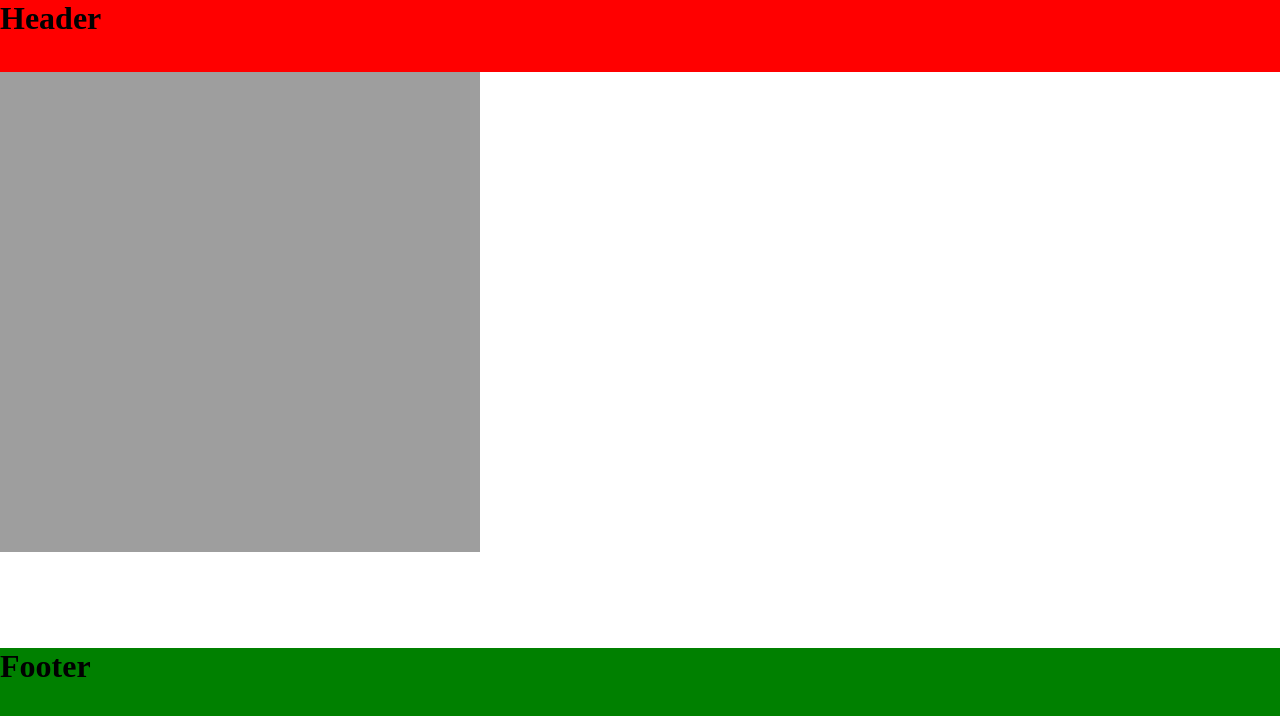
Repository: jameswilky/chess
Page: index.html
These files come from the project's save history. The page is drawn as it stood at one moment and after the next save; the edit follows.
The browser window is 1280 px wide. The pictures show the whole page.

Above is the page before, as saved 2018-11-22 08:34:46.

### index.html
<!DOCTYPE html>
<html>

<head>
    <meta charset="utf-8" />
    <title>Chess</title>
    <link href="style.css" rel="stylesheet">
</head>

<body>

    <div class="wrapper">
        <header>
            <h1>Header</h1>

        </header>
    </div>
    <div class="main">
        <div class="game">
            <canvas id="board"></canvas>
            <canvas id="markers"></canvas>
            <canvas id="chessmen_layer"></canvas>
        </div>
    </div>
    <footer>
        <h1>Footer</h1>
    </footer>
    </div>





</body>

<script src="board.js"></script>
<script src="chessmen.js"></script>
<script src="mouse.js"></script>
<script src="game.js"></script>

</html>

### style.css
* {
  padding: 0;
  margin: 0;
}

.main{
 position: absolute;
 top: 10%;
 bottom: 10%;
 background-color: blue;
}

.game{
  position: absolute;
  height: 480px;
  width: 480px;
  left:25%;
}

#board {
  left : 0; z-index:0; position: absolute;
}

#markers {
  left : 0; z-index:0; position: absolute;
}

#chessmen_layer {
 left : 0; z-index:1; position: absolute;
}

header{
  position: absolute;
  background-color: red;
  top:0;
  right: 0;
  left: 0;
  height: 10%;
}

footer{
  position: absolute;
  z-index: 3;
  right: 0;
  left: 0;
  background-color: green;
  height: 10%;
  bottom: 0;
}

### board.js
//Define globals
const WIDTH = 480;
const HEIGHT = 480;
const N = 8;
const TILE_SIZE = HEIGHT / N; // 60

//Define board canvas
const board = document.getElementById("board");
const board_ctx = board.getContext("2d");
board.height = HEIGHT;
board.width = WIDTH;
let primary_color = "#a87e2b";
let secondary_color = "#ffdf9e";

//Define marker layer
const markers = document.getElementById("markers");
const markers_ctx = markers.getContext("2d");
markers.height = HEIGHT;
markers.width = WIDTH;

//Define chessmen layer
const chessmen_layer = document.getElementById("chessmen_layer");
const chessmen_ctx = chessmen_layer.getContext("2d");
chessmen_layer.height = HEIGHT;
chessmen_layer.width = WIDTH;

//Used for drawing
function drawRect(ctx, x, y, color) {
  ctx.beginPath();
  ctx.rect(x, y, TILE_SIZE, TILE_SIZE);
  ctx.fillStyle = color;
  ctx.fill();
  ctx.closePath();
}

function initialize_board() {
  // Initialize graphical and logical board
  let i, j, x, y = 0;
  let prev_color;
  for (i = 0; i < N; i++) {
    y = TILE_SIZE * i;
    if (i % 2 == 0) { //If even, start with a black grid
      prev_color = secondary_color;
    }
    else { //If odd, start with a #ffcf7c grid
      prev_color = primary_color;
    }
    for (j = 0; j < N; j++) {
      x = TILE_SIZE * j;

      if (prev_color == primary_color) { //If last block black, make this block #ffcf7c
        prev_color = secondary_color;
      }
      else if (prev_color == secondary_color) { //If last block #ffcf7c, make this block black
        prev_color = primary_color;
      }
      drawRect(board_ctx, x, y, prev_color);

    }
  }
}

### chessmen.js
let chessmen = []; // Hold living chest piece objects

// Populate list of current chess pieces
function init_chessmen(items) {
  for (let id = 0; id < items.length; id++) {
    chessmen[id] = new Chessman(id, items[id].type, items[id].row, items[id].col, items[id].faction);
    chessmen[id].render(chessmen_ctx);
  }
}

//Chest piece constructor
function Chessman(id, type, row, col, faction) {
  this.name = type + "_" + faction + "_" + id;
  this.id = id;
  this.type = type;
  this.position = {
    logical: { col: col, row: row },
    graphical: { //calculate position of chest piece
      x: (col * TILE_SIZE), y: (row * TILE_SIZE)
    }
  }
  this.faction = faction;
  this.sprite = "/images/" + type + "_" + faction + ".png";
  this.options = []; // holds objects containing possible locations to move
  this.render = function () {
    //Draws the chest piece
    let img = new Image();
    let x = this.position.graphical.x;
    let y = this.position.graphical.y;
    console.log(x, y)

    img.onload = function () {
      //Loads when img.src is called
      chessmen_ctx.beginPath();
      chessmen_ctx.drawImage(img, x, y);
      chessmen_ctx.closePath();
    }
    img.src = this.sprite;
  }
  this.derender = function () {
    chessmen_ctx.beginPath();
    chessmen_ctx.clearRect(this.position.graphical.x, this.position.graphical.y, TILE_SIZE, TILE_SIZE);
    chessmen_ctx.closePath();
  }
  this.calculate_movement_options = function () {
    //This function is used to determine the coordinates of each possible move for a selected tile
    this.options = []; //clear last options
    let j = 0;
    let i = 0; //used to iterate through list of options
    //console.log(type, faction, row, col)
    let r = this.position.logical.row;
    let c = this.position.logical.col;

    let options = this.options;

    function check_tile(row, col, diag, isPawn) {
      //diag is an optional variable for pawn sideways movement logic
      diag = diag || false;
      isPawn = isPawn || false;

      //Checks the status of the board to see if the chessman can move to selected tile

      let option = {}; //edited, used to hold {faction:faction}
      //Check tile does not exceed bounds of the board
      if (row > 7 || row < 0 || col > 7 || col < 0) {
        return false;
      }

      //Check if target tile contains a chessman of same faction
      let isFriendly = false;
      let isEnemy = false;

      chessmen.forEach(chessman => {
        if (chessman.position.logical.row == row && chessman.position.logical.col == col) { //Check if position is occupied
          if (chessman.faction == faction) {
            isFriendly = true;
          }
          else { //tile is occupied by enemy
            isEnemy = true;
          }
          option.contains = chessman;
        }
      })

      //pawn logic
      if (diag && isEnemy) {
        option.row = row;
        option.col = col;
        options[i] = option;
        i++;
      }
      if (diag && !isEnemy) {
        return
      }

      //if tile does not contain friendly chessmen, or if its an enemy create new option
      if (!isFriendly || isEnemy) {
        option.row = row;
        option.col = col;
        options[i] = option;
        i++;
      }
      return isFriendly || isEnemy;

    }

    if (this.type == "pawn") {
      if (this.faction == "black") {
        check_tile(r + 1, c);//south
        check_tile(r + 1, c + 1, true) // south East
        check_tile(r + 1, c - 1, true) //south West
        if (this.nMoves == 0) {
          check_tile(r + 2, c); //Extra move on first turn
        }
      }
      if (this.faction == "white") {
        check_tile(r - 1, c); //north
        check_tile(r - 1, c + 1, true) // North East
        check_tile(r - 1, c - 1, true) //North West
        if (this.nMoves == 0) {
          check_tile(r - 2, c); //Extra move on first turn
        }
      }
    }
    if (this.type == "rook") {
      for (j = 0; j < N; j++) {// South
        if (check_tile(r + j + 1, c) == true) break
      }
      for (j = 0; j < N; j++) {// East
        if (check_tile(r, c + j + 1) == true) break
      }
      for (j = 0; j < N; j++) {// North
        if (check_tile(r - j - 1, c) == true) break
      }
      for (j = 0; j < N; j++) {// West
        if (check_tile(r, c - j - 1) == true) break
      }
    }
    if (this.type == "bishop") {
      for (j = 0; j < N; j++) { // South East
        if (check_tile(r + 1 + j, c + 1 + j) == true) break
      }
      for (j = 0; j < N; j++) { // South West
        if (check_tile(r + 1 + j, c - 1 - j) == true) break
      }
      for (j = 0; j < N; j++) { // North East
        if (check_tile(r - 1 - j, c + 1 + j) == true) break
      }
      for (j = 0; j < N; j++) { // North west
        if (check_tile(r - 1 - j, c - 1 - j) == true) break
      }
    }
    if (this.type == "queen") {
      for (j = 0; j < N; j++) { // South East
        if (check_tile(r + 1 + j, c + 1 + j) == true) break
      }
      for (j = 0; j < N; j++) { // South West
        if (check_tile(r + 1 + j, c - 1 - j) == true) break
      }
      for (j = 0; j < N; j++) { // North East
        if (check_tile(r - 1 - j, c + 1 + j) == true) break
      }
      for (j = 0; j < N; j++) { // North west
        if (check_tile(r - 1 - j, c - 1 - j) == true) break
      }
      for (j = 0; j < N; j++) {// South
        if (check_tile(r + j + 1, c) == true) break
      }
      for (j = 0; j < N; j++) {// East
        if (check_tile(r, c + j + 1) == true) break
      }
      for (j = 0; j < N; j++) {// North
        if (check_tile(r - j - 1, c) == true) break
      }
      for (j = 0; j < N; j++) {// West
        if (check_tile(r, c - j - 1) == true) break
      }
    }
    if (this.type == "king") {
      check_tile(r + 1, c + 1) //South East
      check_tile(r + 1, c - 1) //South West
      check_tile(r - 1, c + 1) // North East
      check_tile(r - 1, c - 1) //North West
      check_tile(r + 1, c) //south
      check_tile(r, c + 1) //east
      check_tile(r - 1, c) //north
      check_tile(r, c - 1) //west

    }
    if (this.type == "knight") {
      // Check each tile in clockwise order
      check_tile(r - 2, c + 1)
      check_tile(r - 1, c + 2)
      check_tile(r + 1, c + 2)
      check_tile(r + 2, c + 1)
      check_tile(r + 2, c - 1)
      check_tile(r + 1, c - 2)
      check_tile(r - 1, c - 2)
      check_tile(r - 2, c - 1)
    }

    //return array of options containing locations to highlight

  }
  this.show_movement_options = function () {
    this.options.forEach(option => {
      //Represent each available movement option with a highlighted tile
      drawRect(markers_ctx, (option.col * TILE_SIZE), (option.row * TILE_SIZE), "#635e55");
    })
  }
  this.hover = false;
  this.isKing = false;
  if (this.type == "king") {
    this.isKing = true;
  }

  this.nMoves = 0;
  this.points;
  if (this.type == "king") {
    this.points = 10;
  }
  if (this.type == "queen") {
    this.points = 9;
  }
  if (this.type == "bishop") {
    this.points = 3;
  }
  if (this.type == "knight") {
    this.points = 3;
  }
  if (this.type == "rook") {
    this.points = 5;
  }
  if (this.type == "pawn") {
    this.points = 1;
  }

  //Update graphical and logical position
  this.moveTo = function (col, row) {


    function moveIsValid(r1, r2, c1, c2, options) {
      let valid = false;

      if ((r1 == r2) && (c1 == c2)) {
        // if logical position is the same, no move was made
        valid = false;
      }
      options.forEach(option => {
        if (option.row == r2 && option.col == c2) {
          //todo check faction
          valid = true;
        }
      })
      return valid
    }

    if (moveIsValid(this.position.logical.row, row, this.position.logical.col, col, this.options)) {
      //If valid, Check if enemy chessman has been killed
      //check if desination contains an enemy
      let target = chessmen.find(chessman => {
        return (chessman.position.logical.row == row && chessman.position.logical.col == col)
      })

      // then render at new position and update logical position
      //console.log("Changed position of", chessman, "from row:", chessman.position.logical.row, " col:", chessman.position.logical.col, " to row:", row, "col:", col)

      this.derender(); //De render previous position
      this.position.logical.col = col;
      this.position.logical.row = row;
      this.position.graphical.x = this.position.logical.col * TILE_SIZE;
      this.position.graphical.y = this.position.logical.row * TILE_SIZE;
      this.derender(); //remove any chess pieces
      this.render();

      //If destination contains emeny, remove it from list of active chessmen
      if (target) {
        chessmen.splice(chessmen.indexOf(target), 1);
      }

      this.nMoves++; //used to testing if pawn is moved
      // // trigger movement event
      let event = new CustomEvent('moved');
      document.dispatchEvent(event);
    }
    else {
      //re-render original position
      this.render();
    }
  }
}

// Update location of chest pieces
function render_markers() {
  //Clear all markers
  markers_ctx.clearRect(0, 0, HEIGHT, WIDTH);

  //find chessman that matches mouse location and show movement markers
  chessmen.forEach(chessman => {
    if (chessman.hover == true) {
      chessman.show_movement_options();
    }
  });


}

### mouse.js
let dragging = false;
let selector = document.createElement("img");
;

selector.ondragstart = function () {
  return false;
};

//Compare two row/col coordinates
function coordsMatch(coord, piece) {
  let xmin = piece.x;
  let xmax = piece.x + TILE_SIZE;

  let ymin = piece.y;
  let ymax = piece.y + TILE_SIZE;

  if (
    (coord.x >= xmin) &&
    (coord.x < xmax) &&
    (coord.y >= ymin) &&
    (coord.y < ymax)
  ) {
    return true
  }
}

//Listen for when we hover over a chest piece, then draw the movement options
chessmen_layer.addEventListener('mousemove', (e) => {
  if (dragging == false) {
    let pos = {
      x: e.clientX,
      y: e.clientY
    };
    //Check all chessmen and check if clicked location matches a chessman location
    chessmen.forEach(chessman => {
      if (coordsMatch(pos, chessman.position.graphical)) {
        //If true, select that chessman
        chessman.hover = true;
      }
      else {
        //Otherwise, that chessman was not selected
        chessman.hover = false;
      }
    })
    render_markers();
  }
})

//Click and drag chessmen
chessmen_layer.addEventListener('mousedown', (e) => {

  dragging = true; //stop markers rendering while dragging pieces
  let pos = {
    x: e.clientX,
    y: e.clientY
  }
  //Check all chessmen and check if clicked location matches a chessman location
  chessmen.forEach(chessman => {
    if (coordsMatch(pos, chessman.position.graphical)) {
      if (chessman.faction == "black") {
        dragging = false;
        return
      }
      //If true, derender chessman from chessman_layer, and redraw on selector layer
      chessman.derender();

      //draw selector
      selector.style.position = 'absolute';
      selector.src = chessman.sprite;
      selector.id = 'selector';
      document.body.append(selector);

      //center selector at mouse locaiton
      moveAt(pos.x, pos.y);

      function moveAt(x, y) {
        selector.style.left = x - TILE_SIZE / 2 + 'px';
        selector.style.top = y - TILE_SIZE / 2 + 'px';
      }

      function onMouseMove(moveEvent) {
        moveAt(moveEvent.clientX, moveEvent.clientY);
      }

      // selector will follow mouse on movement
      document.addEventListener('mousemove', onMouseMove);


      // drop the selector, remove unneeded handlers
      chessmen_layer.onmouseup = function (upevent) {
        document.removeEventListener('mousemove', onMouseMove);

        //clear selector
        selector.src = ""
        // console.log("before", document.getElementById('selector'))
        // document.body.removeChild(document.getElementById('selector'))
        // console.log("after", document.getElementById('selector'))

        //convert mouse pos to a row/col logical value
        let dest = {
          x: Math.trunc(upevent.clientX / TILE_SIZE),
          y: Math.trunc(upevent.clientY / TILE_SIZE)
        }

        //console.log("Event 1")
        dragging = false; // allow marker rendering to continue
        chessmen_layer.onmouseup = null;
        //Update chessman logical location and snap to grid
        chessman.moveTo(dest.x, dest.y)
      };
    }
  })
})

### game.js
//Initialize default locations
let default_locations = [
  { tile: 0, type: "rook", row: 0, col: 0, faction: "black" },
  { tile: 1, type: "knight", row: 0, col: 1, faction: "black" },
  { tile: 2, type: "bishop", row: 0, col: 2, faction: "black" },
  { tile: 3, type: "king", row: 0, col: 3, faction: "black" },
  { tile: 4, type: "queen", row: 0, col: 4, faction: "black" },
  { tile: 5, type: "bishop", row: 0, col: 5, faction: "black" },
  { tile: 6, type: "knight", row: 0, col: 6, faction: "black" },
  { tile: 7, type: "rook", row: 0, col: 7, faction: "black" },
  { tile: 8, type: "pawn", row: 1, col: 0, faction: "black" },
  { tile: 9, type: "pawn", row: 1, col: 1, faction: "black" },
  { tile: 10, type: "pawn", row: 1, col: 2, faction: "black" },
  { tile: 11, type: "pawn", row: 1, col: 3, faction: "black" },
  { tile: 12, type: "pawn", row: 1, col: 4, faction: "black" },
  { tile: 13, type: "pawn", row: 1, col: 5, faction: "black" },
  { tile: 14, type: "pawn", row: 1, col: 6, faction: "black" },
  { tile: 15, type: "pawn", row: 1, col: 7, faction: "black" },

  { tile: 48, type: "pawn", row: 6, col: 0, faction: "white" },
  { tile: 49, type: "pawn", row: 6, col: 1, faction: "white" },
  { tile: 50, type: "pawn", row: 6, col: 2, faction: "white" },
  { tile: 51, type: "pawn", row: 6, col: 3, faction: "white" },
  { tile: 52, type: "pawn", row: 6, col: 4, faction: "white" },
  { tile: 53, type: "pawn", row: 6, col: 5, faction: "white" },
  { tile: 54, type: "pawn", row: 6, col: 6, faction: "white" },
  { tile: 55, type: "pawn", row: 6, col: 7, faction: "white" },
  { tile: 56, type: "rook", row: 7, col: 0, faction: "white" },
  { tile: 57, type: "knight", row: 7, col: 1, faction: "white" },
  { tile: 58, type: "bishop", row: 7, col: 2, faction: "white" },
  { tile: 59, type: "king", row: 7, col: 3, faction: "white" },
  { tile: 60, type: "queen", row: 7, col: 4, faction: "white" },
  { tile: 61, type: "bishop", row: 7, col: 5, faction: "white" },
  { tile: 62, type: "knight", row: 7, col: 6, faction: "white" },
  { tile: 63, type: "rook", row: 7, col: 7, faction: "white" },

]

let turn = 0;
let IsWhiteTurn = false;
let IsBlackTurn = false;
let game = true;
let AIOptions = [];


function set_turn() {
  if (turn % 2 == 0) {
    IsWhiteTurn = true;
    IsBlackTurn = false;
    //console.log("White players turn")
  }
  else {
    IsBlackTurn = true;
    IsWhiteTurn = false;
    //console.log("Black players turn")
  }
  turn += 1;
}

function determineAIOptions() {
  let AIOptions = [];
  let i = 0;
  chessmen.forEach(chessman => {
    if (chessman.faction == 'black') {
      chessman.options.forEach(option => {
        let AIOption = {}; //dereference object
        AIOption.row = option.row;
        AIOption.col = option.col;
        if (option.contains) {
          AIOption.points = option.contains.points;
        }
        AIOption.chessman = chessman;
        AIOptions[i] = AIOption;
        i++;
      })
    }
  })
  return AIOptions;

}

function AIMove(options) {
  let max = 0;
  let choice = {};
  options.forEach(option => {
    if (option.points) {
      if (option.points > max) {
        max = option.points;
        choice = option;
      }
    }
  })
  if (max == 0) {
    choice = options[Math.floor(Math.random() * options.length)];  //Return a random choice
  }
  choice.chessman.moveTo(choice.col, choice.row)
  //calculate AI
}


//Set up board
initialize_board();
init_chessmen(default_locations);
chessmen.forEach(chessman => {
  chessman.calculate_movement_options();
})
set_turn();
function checkKing() {
  let kings = chessmen.filter(chessman => chessman.isKing == true)
  if (kings.length == 1) {
    alert(kings[0].faction + " Wins!!!")
  }
}

// Listen for movement
document.addEventListener('moved', function (event) {
  //check if king died last turn;
  checkKing();
  set_turn();
  //Calculate new movement positiifons
  chessmen.forEach(chessman => {
    chessman.calculate_movement_options();
  })

  if (IsBlackTurn) {
    //Run black turn AI
    chessmen.forEach(chessman => {
      chessman.calculate_movement_options(); //assign new options
    })
    AIOptions = determineAIOptions();
    AIMove(AIOptions);
  }
}, false);

After the next save:
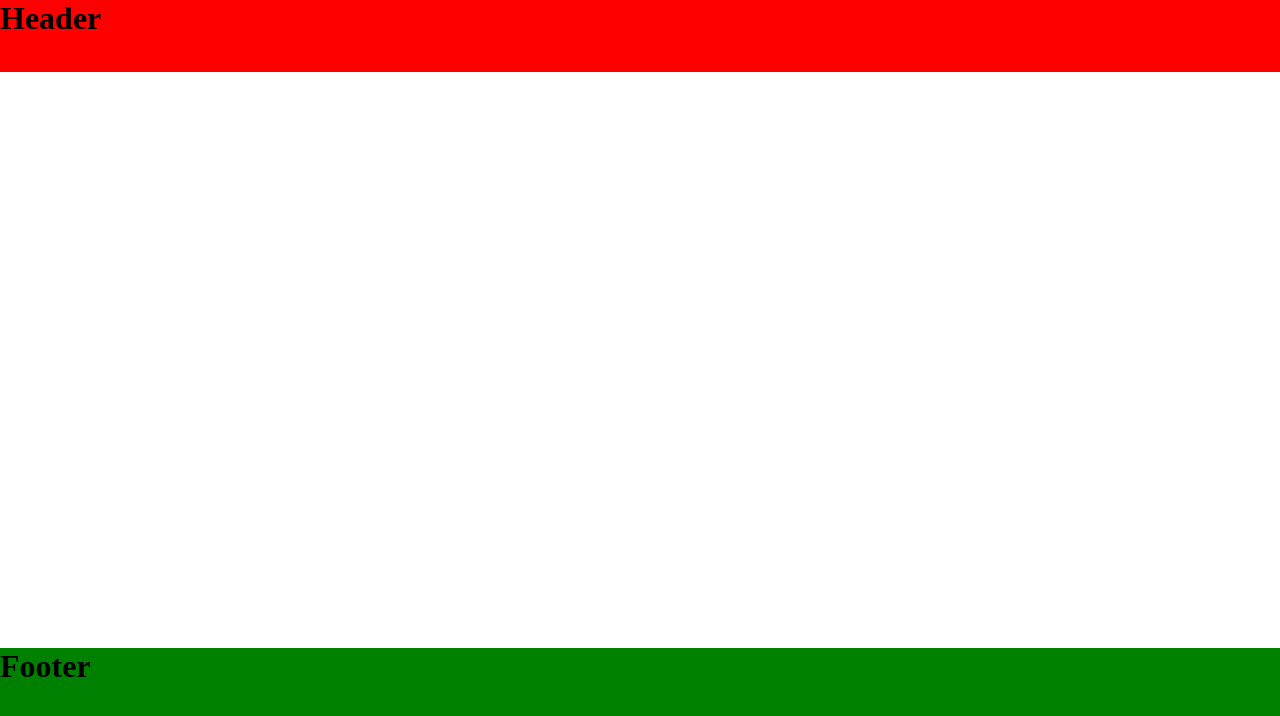
Console error: TypeError: Cannot read properties of null (reading 'getContext')
Saved 33 s later.
--- a/index.html
+++ b/index.html
@@ -16,11 +16,11 @@
         </header>
     </div>
     <div class="main">
-        <div class="game">
+        <!-- <div class="game">
             <canvas id="board"></canvas>
             <canvas id="markers"></canvas>
             <canvas id="chessmen_layer"></canvas>
-        </div>
+        </div> -->
     </div>
     <footer>
         <h1>Footer</h1>
